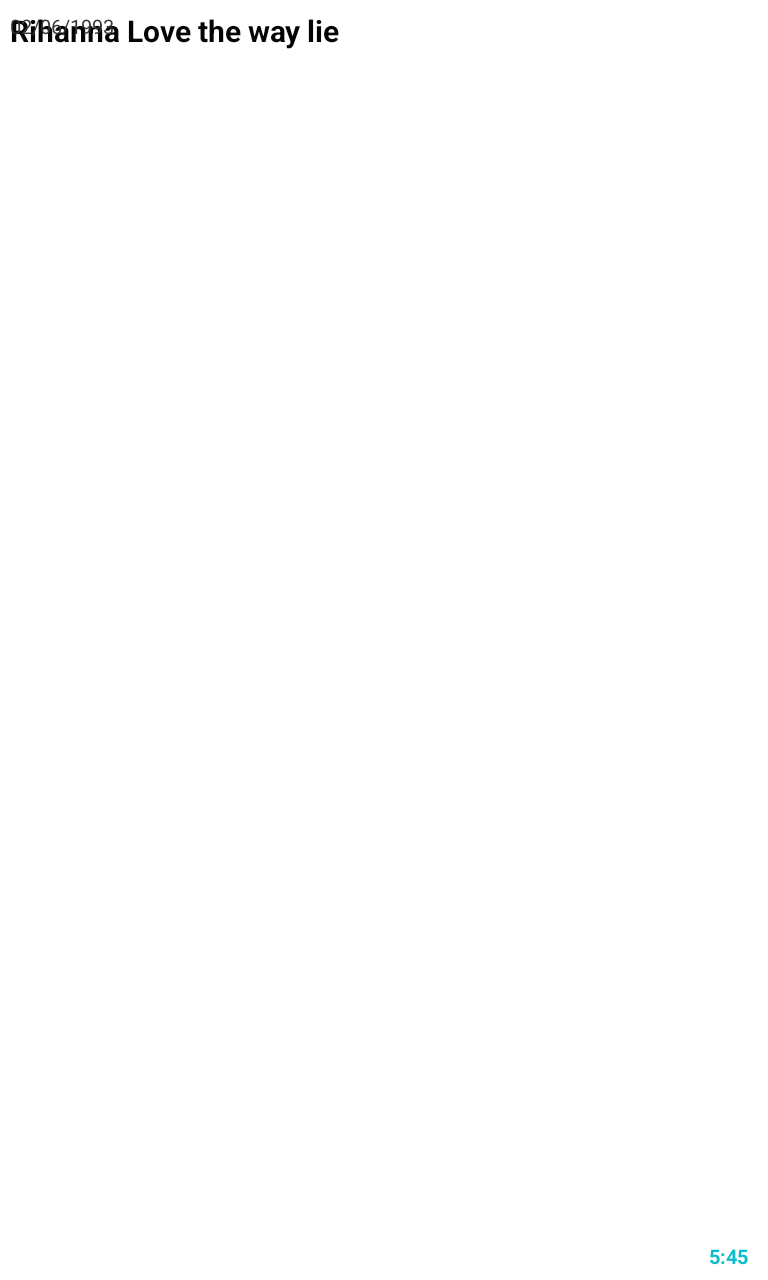
Repository: bvrit-vineeth/android-projects
Layout: TODOListApp/res/layout/list_row.xml
These files come from the project's save history. The layout is drawn as it stood at one moment and after the next save; the edit follows.
It is drawn on a 768 x 1280 px phone screen (xhdpi) without system bars, with theme AppTheme; the app's code is not run.

Above is the layout before, as saved 2013-08-24 07:09:54.

After the next save:
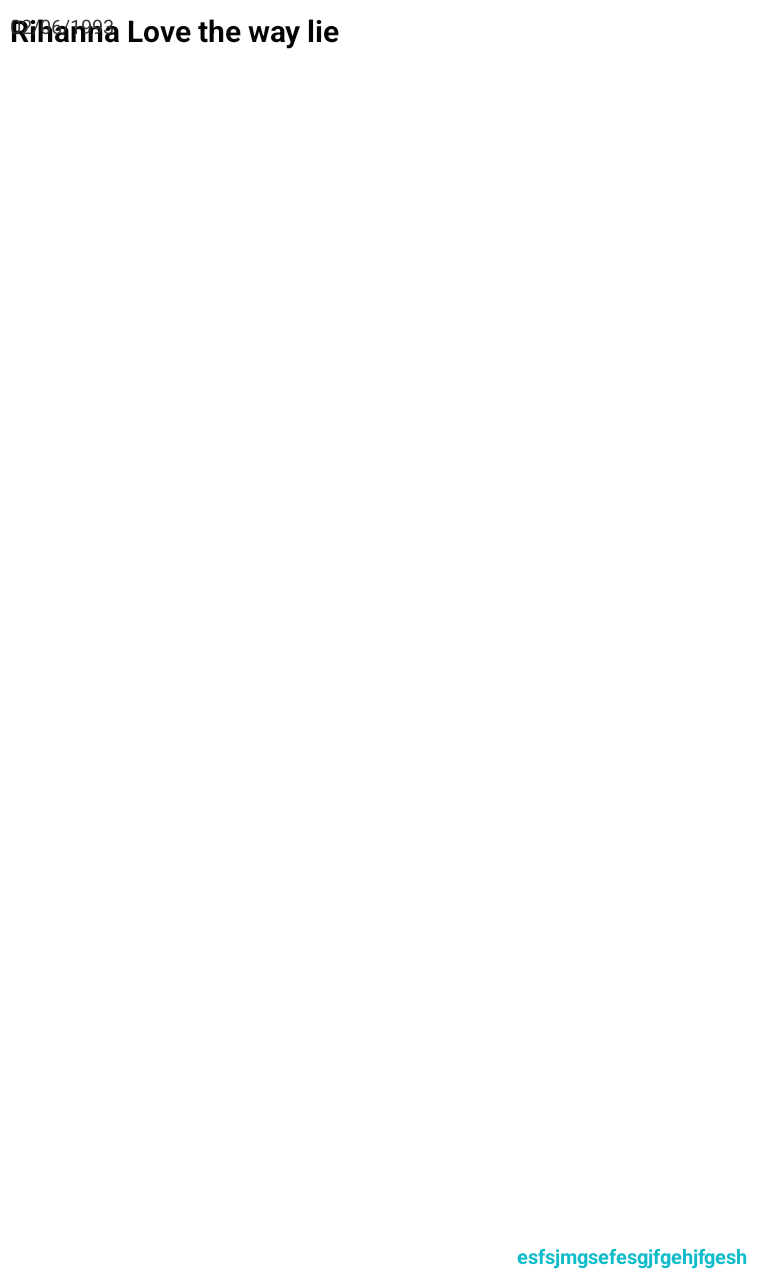
Saved 33 s later.
--- a/TODOListApp/res/layout/list_row.xml
+++ b/TODOListApp/res/layout/list_row.xml
@@ -33,7 +33,7 @@
         android:layout_height="wrap_content"
         android:layout_alignParentBottom="true"
         android:layout_alignParentRight="true"
-        android:text="5:45"
+        android:text="esfsjmgsefesgjfgehjfgesh"
         android:layout_marginRight="5dip"
         android:textSize="10dip"
         android:textColor="#10bcc9"

After the save that followed:
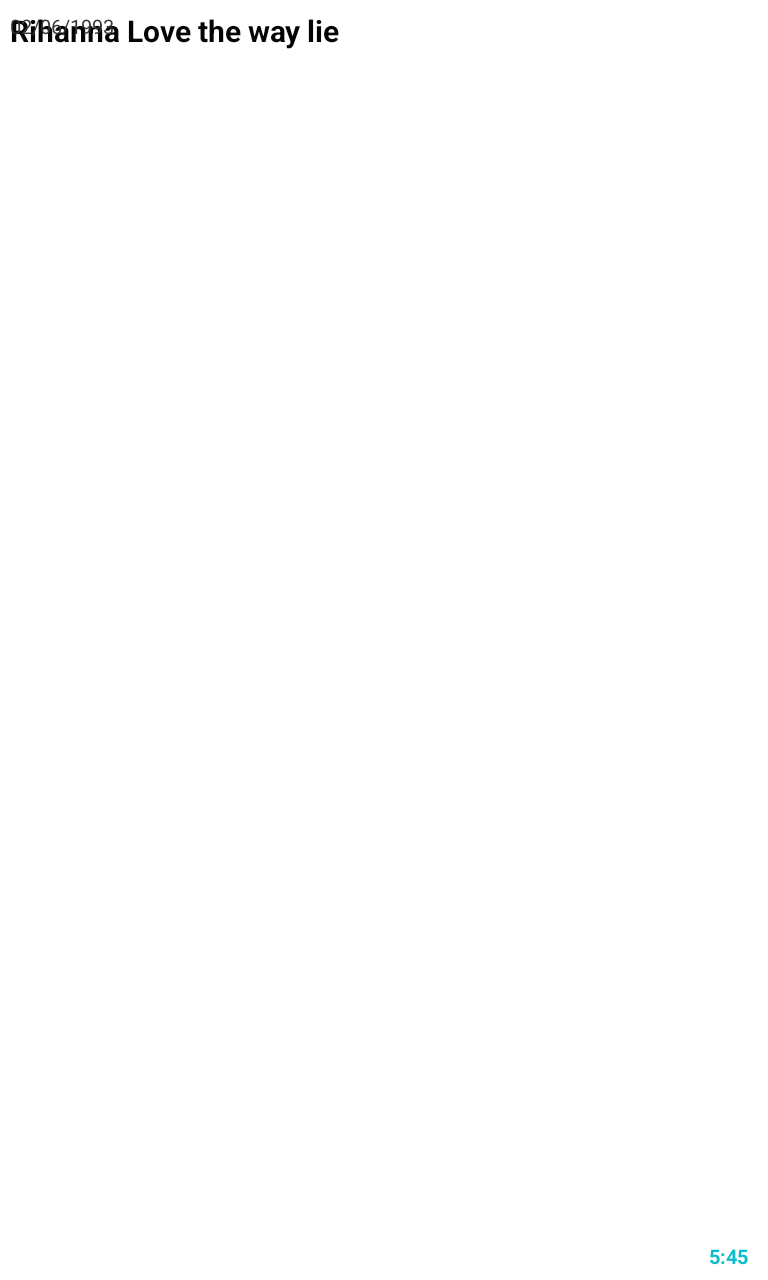
Saved 15 s later.
--- a/TODOListApp/res/layout/list_row.xml
+++ b/TODOListApp/res/layout/list_row.xml
@@ -33,7 +33,7 @@
         android:layout_height="wrap_content"
         android:layout_alignParentBottom="true"
         android:layout_alignParentRight="true"
-        android:text="esfsjmgsefesgjfgehjfgesh"
+        android:text="5:45"
         android:layout_marginRight="5dip"
         android:textSize="10dip"
         android:textColor="#10bcc9"
